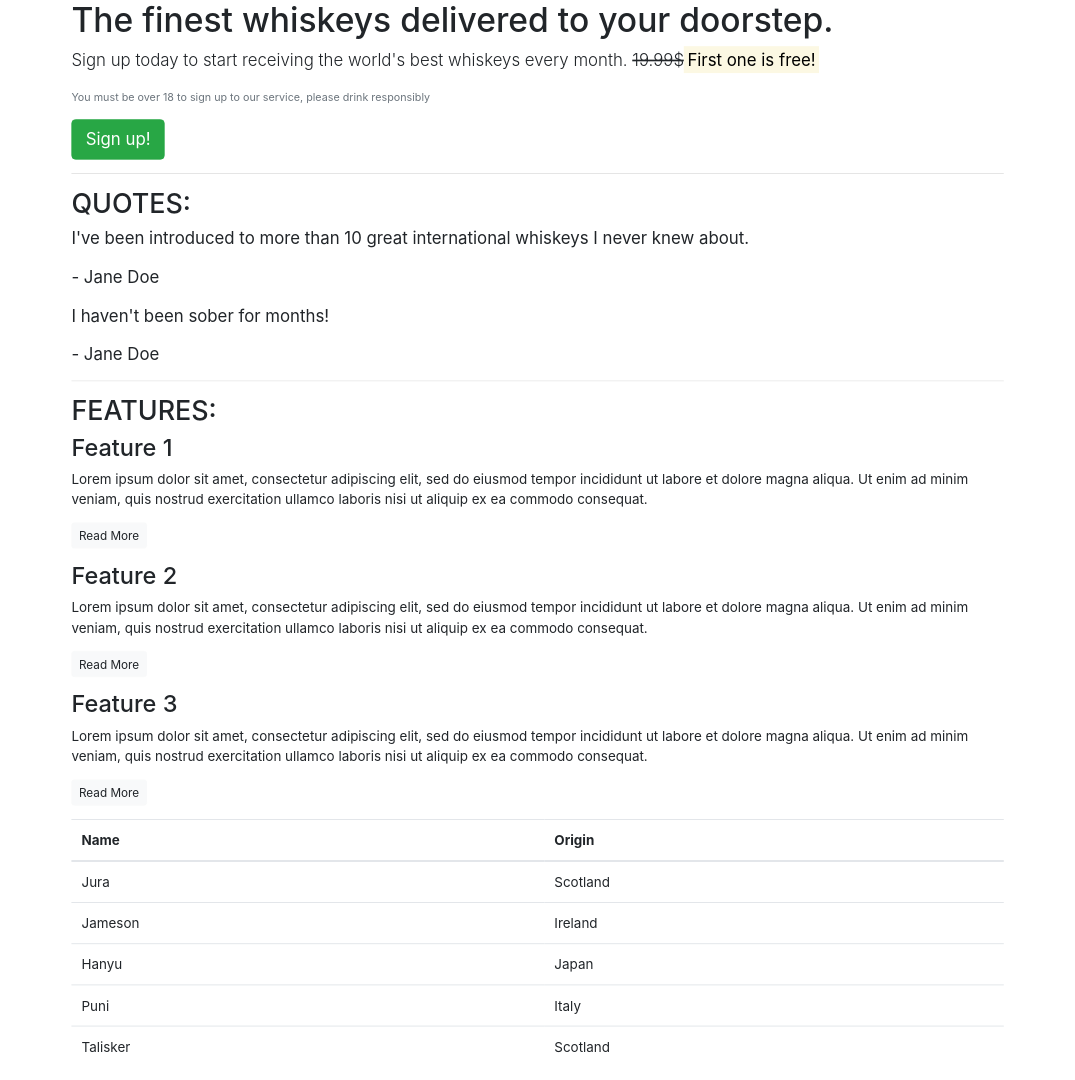
Repository: cipsim/bootstrap2.0
Page: index.html
The author's editor kept a record of every edit. The page is drawn from the files as they stood at one moment, then again after the next edit.
The browser window is 1280 px wide. The pictures show the whole page, at 84% of full size.

Above is the page before.

After the next edit:
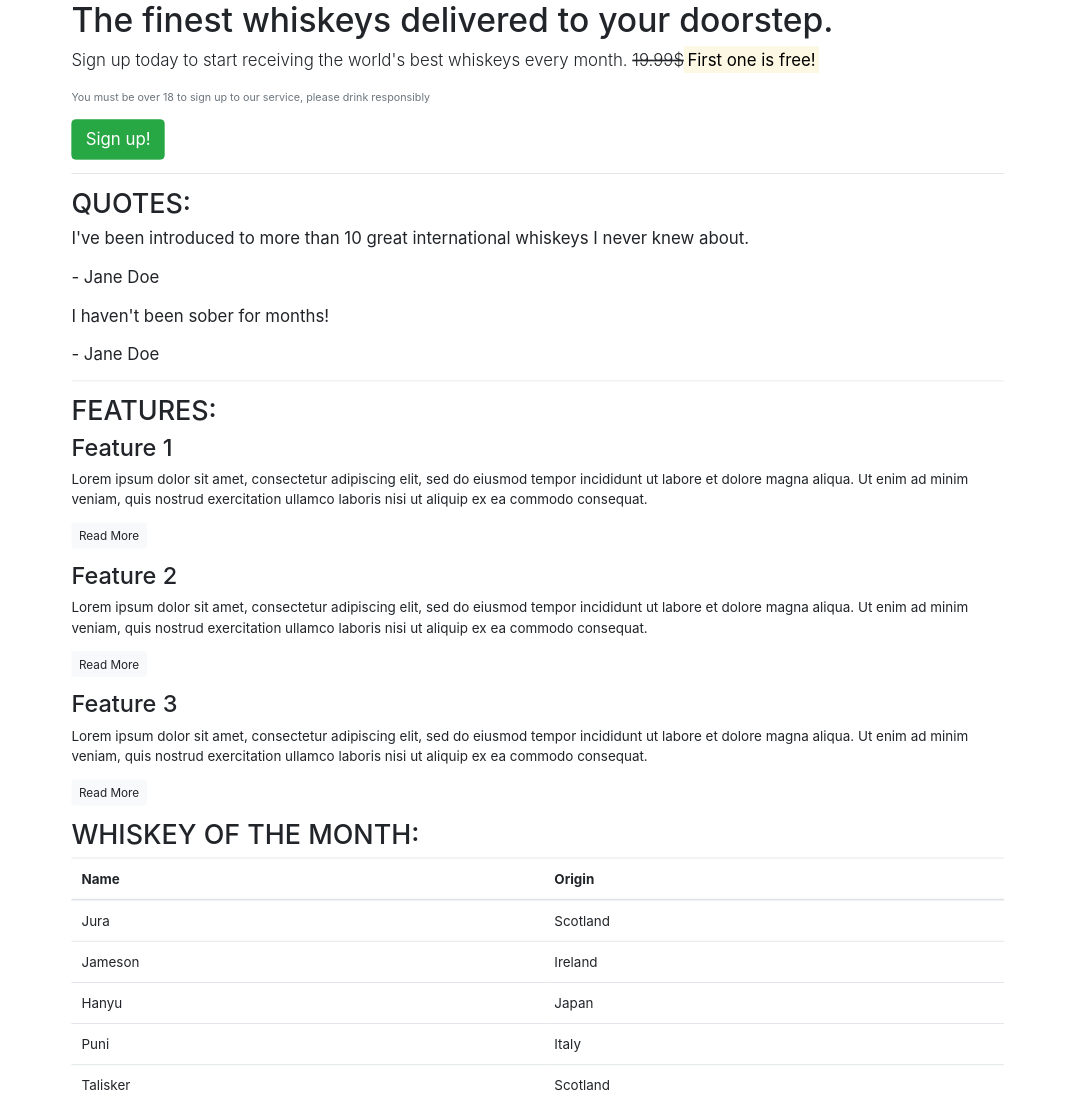
The edit:
--- a/index.html
+++ b/index.html
@@ -58,6 +58,7 @@
         <!-- /.features -->
         <!--Table-->
         <section class="table">
+            <h2 class="text-uppercase">Whiskey of the month:</h2>
             <table class="table">
   <thead>
     <tr>
